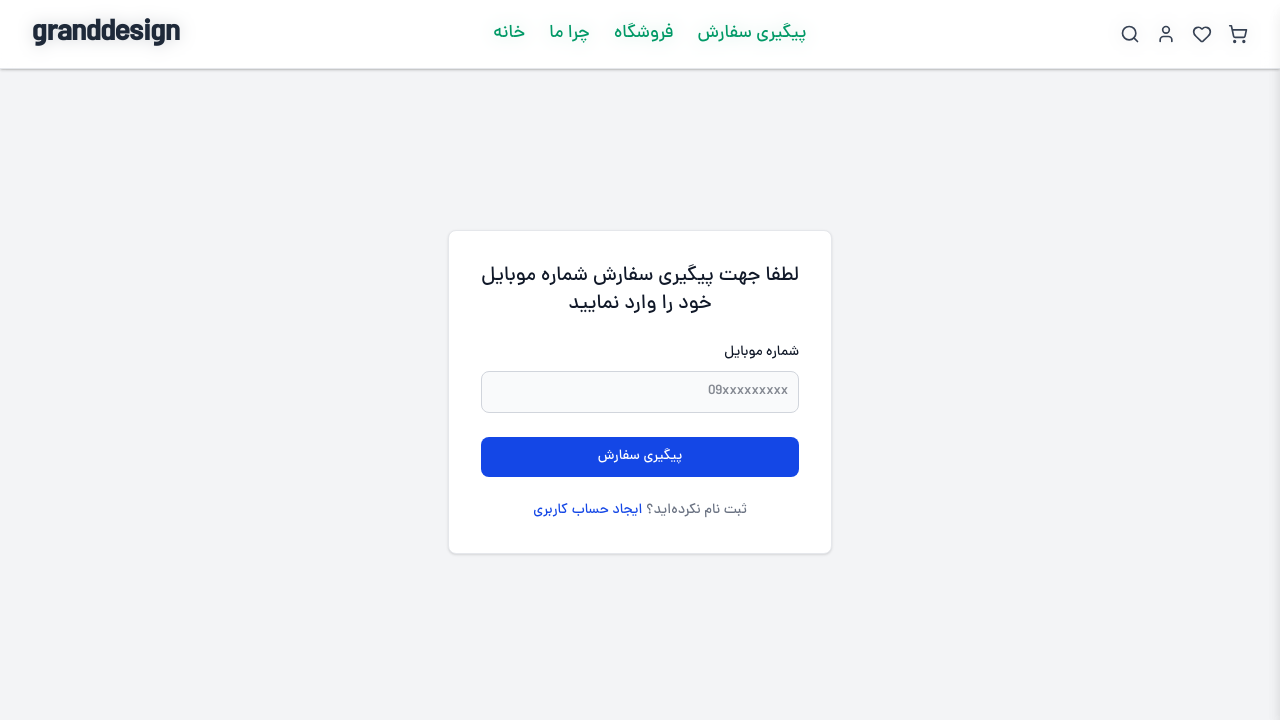
Repository: Aihan-2005/granddesign.frontend
Page: /productTracking
An editor plug-in stored every save of this project. The page is shown before and after the next save, followed by the edit.
The browser window is 1280 px wide. The pictures show the whole page.
The project was rebuilt for these pictures with package versions that can differ from the ones it lists, and the page was loaded fresh each time. The framework's server and built-in components were replaced by stand-ins that run in the browser. Also part of the build but not shown: next.config.mjs, src/components/store/modal/Search.jsx, src/zustand/useAuthStore.jsx, src/components/store/modal/Login.jsx, src/components/store/modal/CartModal.jsx, src/components/store/modal/FavoritesModal.jsx.

Above is the page before, as saved 2025-09-16 01:38:36.

### src/app/layout.jsx
import { Geist, Geist_Mono } from "next/font/google";
import "./globals.css";
import Header from './../components/store/Headers';
import Search from './../components/store/modal/Search';
import LoginModal from './../components/store/modal/Login';
import CartModal from './../components/store/modal/CartModal';
import FavoritesModal from "@/components/store/modal/FavoritesModal";

const geistSans = Geist({
  variable: "--font-geist-sans",
  subsets: ["latin"],
});

const geistMono = Geist_Mono({
  variable: "--font-geist-mono",
  subsets: ["latin"],
});

export const metadata = {
  title: "Create Next App",
  description: "Generated by create next app",
};

export default function RootLayout({ children }) {
  return (
    <html lang="en">
      <body className={`${geistSans.variable} ${geistMono.variable} antialiased`}>
        <Header />
        {children}
        <Search/>
        <LoginModal />
        <FavoritesModal/>
        <CartModal />
      </body>
    </html>
  );
}

### src/app/(fullpage)/layout.jsx
export default function LayoutRegister({children}){
    return(
        <>
        {children}
        </>
    )
}

### src/app/(fullpage)/productTracking/page.jsx
import Header from "@/components/store/Headers";

export default function ProductTracking() {
    return (
        <div className="min-h-screen bg-gray-100 relative overflow-hidden" >
            <Header />

            <div className="flex items-center justify-center min-h-screen pt-16">
                <div className="w-full max-w-sm p-4 bg-white border border-gray-200 rounded-lg shadow-sm sm:p-6 md:p-8 dark:bg-gray-800 dark:border-gray-700">
                    <form className="space-y-6" action="#">
                        <h5 className="text-xl font-medium text-gray-900 dark:text-white text-center">
                            لطفا جهت پیگیری سفارش شماره موبایل خود را وارد نمایید
                        </h5>
                        <div>
                            <label htmlFor="phone" className="block mb-2 text-sm font-medium text-gray-900 dark:text-white text-right">
                                شماره موبایل
                            </label>
                            <input
                                type="tel"
                                name="phone"
                                id="phone"
                                className="bg-gray-50 border border-gray-300 text-gray-900 text-sm rounded-lg focus:ring-blue-500 focus:border-blue-500 block w-full p-2.5 dark:bg-gray-600 dark:border-gray-500 dark:placeholder-gray-400 dark:text-white text-right"
                                placeholder="09xxxxxxxxx"
                                required
                            />
                        </div>

                        <button
                            type="submit"
                            className="w-full text-white bg-blue-700 hover:bg-blue-800 focus:ring-4 focus:outline-none focus:ring-blue-300 font-medium rounded-lg text-sm px-5 py-2.5 text-center dark:bg-blue-600 dark:hover:bg-blue-700 dark:focus:ring-blue-800"
                        >
                            پیگیری سفارش
                        </button>

                        <div className="text-sm font-medium text-gray-500 dark:text-gray-300 text-center">
                            ثبت نام نکرده‌اید؟{" "}
                            <a href="#" className="text-blue-700 hover:underline dark:text-blue-500">
                                ایجاد حساب کاربری
                            </a>
                        </div>
                    </form>
                </div>
            </div>
        </div>
    )
}

### src/app/globals.css
@import "tailwindcss";



@font-face {
  font-family: "Biski";
  src: url("/Fonts/biski/BiskiTrial-Regular.otf") format(opentype);
}
@font-face {
  font-family: "Dana";
  src: url("/Fonts/dana/dana medium.ttf") format(truetype);
}
@font-face {
  font-family: "Niaz";
  src: url("/Fonts/niaz/niaz.ttf") format(truetype);
}

*{
  font-family:"Dana";
   scroll-behavior: smooth;
}




body::-webkit-scrollbar {
    width: 7px;
}

body::-webkit-scrollbar-track {
    background-color: inherit;
    border-radius: 25px;
}

body::-webkit-scrollbar-thumb {
    background-color: rgb(130, 130, 130);
    border-radius: 25px;
}

.changeScroll::-webkit-scrollbar {
    height:  7px;
}

.changeScroll::-webkit-scrollbar-track {
    background-color: inherit;
    border-radius: 25px;
}

.changeScroll::-webkit-scrollbar-thumb {
    background-color: rgb(130, 130, 130);
    border-radius: 25px;
}


body {
background-color: rgba(49, 49, 49, 0.901);
width: 100%;
height: 100%;
}


input:-webkit-autofill,
input:-webkit-autofill:hover,
input:-webkit-autofill:focus,
input:-webkit-autofill:active {
    -webkit-box-shadow: 0 0 0px 1000px #0f172a00 inset !important;
    box-shadow: 0 0 0px 1000px #0f172a00 inset !important;
    -webkit-text-fill-color: #fff !important;
    caret-color: #ffffff !important;
    border-color: #94a3b800 !important;
    transition: background-color 9999s ease-in-out 0s, color 9999s ease-in-out 0s;
    appearance: none;
}
.no-scrollbar::-webkit-scrollbar {
  display: none;
}
.no-scrollbar {
  -ms-overflow-style: none;  /* IE and Edge */
  scrollbar-width: none;  /* Firefox */
}

### src/zustand/Search.jsx
import { create } from "zustand";


export const useSearchStore = create((set) => ({
  isSearchOpen: false,
  openSearch: () => set({ isSearchOpen: true }),
  closeSearch: () => set({ isSearchOpen: false }),
}));

### src/zustand/loginStore.jsx
import { create } from "zustand";


export const useLoginStore = create((set)=>({
    isLoginOpen : false,
    openLogin:()=>set({isLoginOpen:true}),
    closeLogin:()=>set({isLoginOpen:false})
}));

### src/zustand/cartStore.jsx
// import { create } from "zustand";

// export const useCartStore = create((set) => ({
//   isCartOpen: false,
//   items: [],

//   openCart: () => set({ isCartOpen: true }),
//   closeCart: () => set({ isCartOpen: false }),

//   addItem: (product) =>
//     set((state) => {
//       const existing = state.items.find((item) => item.id === product.id);
//       if (existing) {
//         return {
//           items: state.items.map((item) =>
//             item.id === product.id
//               ? { ...item, quantity: item.quantity + 1 }
//               : item
//           ),
//         };
//       }
//       return {
//         items: [...state.items, { ...product, quantity: 1 }],
//       };
//     }),

//   removeItem: (id) =>
//     set((state) => ({
//       items: state.items.filter((item) => item.id !== id),
//     })),
// }));
// src/zustand/cartStore.js
import { create } from 'zustand';
import { persist } from 'zustand/middleware'; // اضافه کردن این import

export const useCartStore = create(
  persist( // اضافه کردن persist
    (set, get) => ({
      items: [],
      isCartOpen: false,

      openCart: () => set({ isCartOpen: true }),
      closeCart: () => set({ isCartOpen: false }),

      addItem: (product) => set((state) => {
        const existingItem = state.items.find(item => item.id === product.id);
        if (existingItem) {
          return {
            items: state.items.map(item =>
              item.id === product.id
                ? { ...item, quantity: item.quantity + 1 }
                : item
            )
          };
        } else {
          return {
            items: [...state.items, { ...product, quantity: 1 }]
          };
        }
      }),

      removeItem: (productId) => set((state) => ({
        items: state.items.filter(item => item.id !== productId)
      })),

      updateQuantity: (productId, newQuantity) => set((state) => ({
        items: state.items.map(item =>
          item.id === productId
            ? { ...item, quantity: Math.max(0, newQuantity) }
            : item
        ).filter(item => item.quantity > 0)
      })),

      clearCart: () => set({ items: [] })
    }),
    {
      name: 'cart-storage', // نام برای localStorage
    }
  )
);

### src/zustand/favoritesStore.jsx
// // src/zustand/wishlistStore.js
// import { create } from 'zustand';
// import { persist } from 'zustand/middleware';

// export const useWishlistStore = create(
//   persist(
//     (set, get) => ({
//       wishlistItems: [],

//       // اضافه کردن محصول به علاقه‌مندی‌ها
//       addToWishlist: (product) => set((state) => {
//         const exists = state.wishlistItems.find(item => item.id === product.id);
//         if (!exists) {
//           return { wishlistItems: [...state.wishlistItems, product] };
//         }
//         return state;
//       }),

//       // حذف محصول از علاقه‌مندی‌ها
//       removeFromWishlist: (productId) => set((state) => ({
//         wishlistItems: state.wishlistItems.filter(item => item.id !== productId)
//       })),

//       // تغییر وضعیت محصول در علاقه‌مندی‌ها
//       toggleWishlistItem: (product) => set((state) => {
//         const exists = state.wishlistItems.find(item => item.id === product.id);
//         if (exists) {
//           return {
//             wishlistItems: state.wishlistItems.filter(item => item.id !== product.id)
//           };
//         } else {
//           return {
//             wishlistItems: [...state.wishlistItems, product]
//           };
//         }
//       }),

//       // پاک کردن همه علاقه‌مندی‌ها
//       clearWishlist: () => set({ wishlistItems: [] }),

//       // بررسی وجود محصول در علاقه‌مندی‌ها
//       isInWishlist: (productId) => {
//         return get().wishlistItems.some(item => item.id === productId);
//       }
//     }),
//     {
//       name: 'wishlist-storage', // نام برای ذخیره در localStorage
//     }
//   )
// );
// src/zustand/wishlistStore.js
// src/zustand/favoritesStore.js
import { create } from 'zustand';
import { persist } from 'zustand/middleware';

export const useWishlistStore = create(
  persist(
    (set, get) => ({
      wishlistItems: [],
      isFavoritesOpen: false, // اضافه کردن این خط

      // توابع جدید برای مدیریت modal
      openFavorites: () => set({ isFavoritesOpen: true }),
      closeFavorites: () => set({ isFavoritesOpen: false }),

      // توابع قبلی...
      addToWishlist: (product) => set((state) => {
        const exists = state.wishlistItems.find(item => item.id === product.id);
        if (!exists) {
          return { wishlistItems: [...state.wishlistItems, product] };
        }
        return state;
      }),

      removeFromWishlist: (productId) => set((state) => ({
        wishlistItems: state.wishlistItems.filter(item => item.id !== productId)
      })),

      toggleWishlistItem: (product) => set((state) => {
        const exists = state.wishlistItems.find(item => item.id === product.id);
        if (exists) {
          return {
            wishlistItems: state.wishlistItems.filter(item => item.id !== product.id),
            isFavoritesOpen: true // باز نگه داشتن modal بعد از حذف
          };
        } else {
          return {
            wishlistItems: [...state.wishlistItems, product],
            isFavoritesOpen: true // باز نگه داشتن modal بعد از اضافه کردن
          };
        }
      }),

      clearWishlist: () => set({ wishlistItems: [] }),

      isInWishlist: (productId) => {
        return get().wishlistItems.some(item => item.id === productId);
      }
    }),
    {
      name: 'wishlist-storage',
    }
  )
);

Loaded but not shown: src/zustand/store.js (18 lines, source omitted); src/components/store/Headers.jsx (396 lines, source omitted)

After the next save:
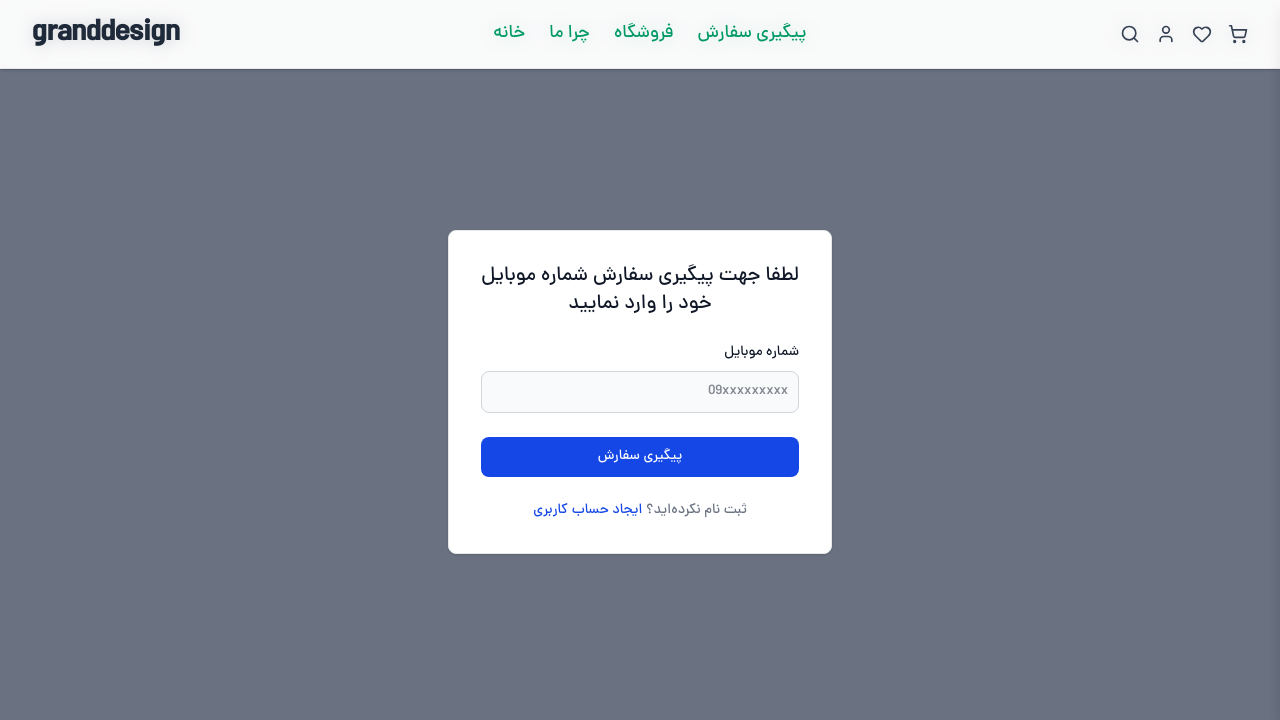
Saved 53 s later.
--- a/src/app/(fullpage)/productTracking/page.jsx
+++ b/src/app/(fullpage)/productTracking/page.jsx
@@ -2,7 +2,7 @@ import Header from "@/components/store/Headers";
 
 export default function ProductTracking() {
     return (
-        <div className="min-h-screen bg-gray-100 relative overflow-hidden" >
+        <div className="min-h-screen bg-gray-500 relative overflow-hidden" >
             <Header />
 
             <div className="flex items-center justify-center min-h-screen pt-16">
